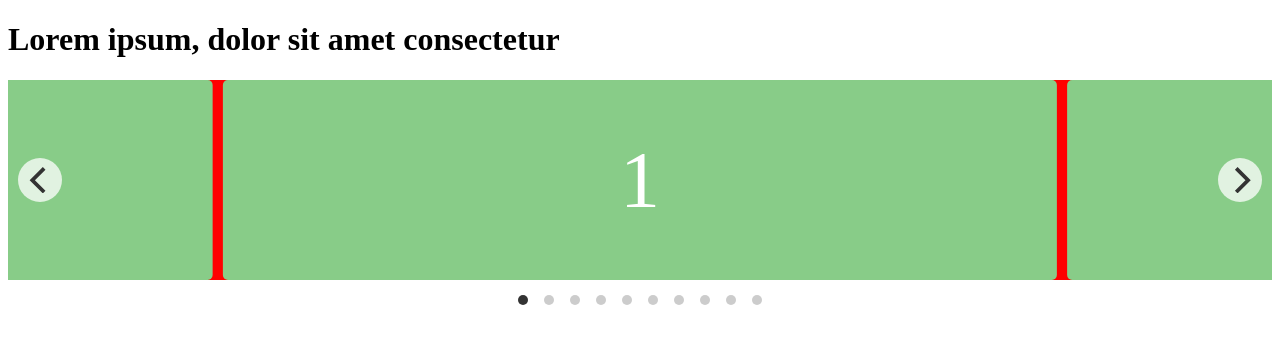
Repository: tongdkhai/Graphic-Art-Mart
Page: test/test.html
These files come from the project's save history. The page is drawn as it stood at one moment and after the next save; the edit follows.
The browser window is 1280 px wide. The pictures show the whole page.

Above is the page before, as saved 2022-10-25 17:42:16.

After the next save:
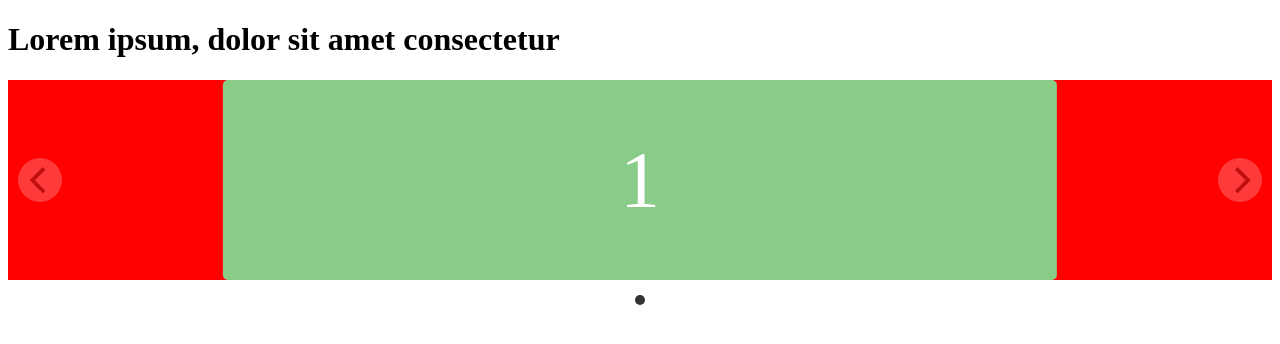
Saved 7 min 33 s later.
--- a/test/test.html
+++ b/test/test.html
@@ -46,16 +46,12 @@
       class="carousel"
       data-flickity='{"freeScroll": true, "wrapAround": true}'
     >
-      <div class="carousel-cell">asaskjkds</div>
-      <div class="carousel-cell">asaskjkds</div>
-      <div class="carousel-cell">asaskjkds</div>
-      <div class="carousel-cell">asaskjkds</div>
-      <div class="carousel-cell">asaskjkds</div>
-      <div class="carousel-cell">asaskjkds</div>
-      <div class="carousel-cell">asaskjkds</div>
-      <div class="carousel-cell">asaskjkds</div>
-      <div class="carousel-cell">asaskjkds</div>
-      <div class="carousel-cell">asaskjkds</div>
+      <div class="carousel-cell">
+        <div>
+
+        </div>
+      </div>
+
     </div>
     <script type="text/javascript" src="./docs/flickity.pkgd.min.js"></script>
   </body>

After the 5 saves that followed:
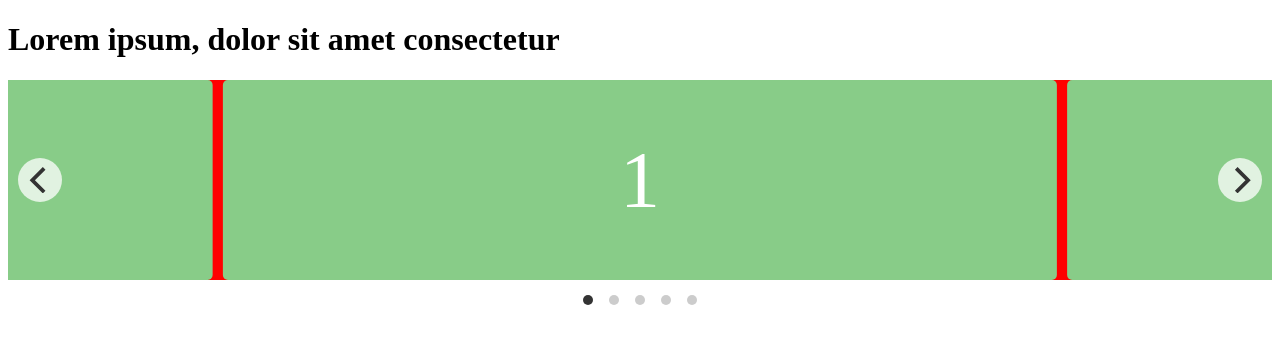
The 5 saves are shown as one change because 3 left the picture as it was and some came seconds apart.
The last was saved 75 s later.
--- a/test/test.html
+++ b/test/test.html
@@ -38,6 +38,10 @@
         font-size: 80px;
         color: white;
       }
+
+      .text {
+        color: #000000;
+      }
     </style>
   </head>
   <body>
@@ -47,11 +51,45 @@
       data-flickity='{"freeScroll": true, "wrapAround": true}'
     >
       <div class="carousel-cell">
-        <div>
-
+        <div class="text">
+          adkaskdaskfhdjkasfhjdfh Lorem ipsum dolor sit amet consectetur,
+          adipisicing elit. Aliquid dolore, magni ratione porro architecto id
+          iure! Soluta eos id maiores, commodi sunt, molestiae est minus
+          incidunt facere quisquam tempora veniam!
         </div>
       </div>
-
+      <div class="carousel-cell">
+        <div class="text">
+          adkaskdaskfhdjkasfhjdfh Lorem ipsum dolor sit amet consectetur,
+          adipisicing elit. Aliquid dolore, magni ratione porro architecto id
+          iure! Soluta eos id maiores, commodi sunt, molestiae est minus
+          incidunt facere quisquam tempora veniam!
+        </div>
+      </div>
+      <div class="carousel-cell">
+        <div class="text">
+          adkaskdaskfhdjkasfhjdfh Lorem ipsum dolor sit amet consectetur,
+          adipisicing elit. Aliquid dolore, magni ratione porro architecto id
+          iure! Soluta eos id maiores, commodi sunt, molestiae est minus
+          incidunt facere quisquam tempora veniam!
+        </div>
+      </div>
+      <div class="carousel-cell">
+        <div class="text">
+          adkaskdaskfhdjkasfhjdfh Lorem ipsum dolor sit amet consectetur,
+          adipisicing elit. Aliquid dolore, magni ratione porro architecto id
+          iure! Soluta eos id maiores, commodi sunt, molestiae est minus
+          incidunt facere quisquam tempora veniam!
+        </div>
+      </div>
+      <div class="carousel-cell">
+        <div class="text">
+          adkaskdaskfhdjkasfhjdfh Lorem ipsum dolor sit amet consectetur,
+          adipisicing elit. Aliquid dolore, magni ratione porro architecto id
+          iure! Soluta eos id maiores, commodi sunt, molestiae est minus
+          incidunt facere quisquam tempora veniam!
+        </div>
+      </div>
     </div>
     <script type="text/javascript" src="./docs/flickity.pkgd.min.js"></script>
   </body>
